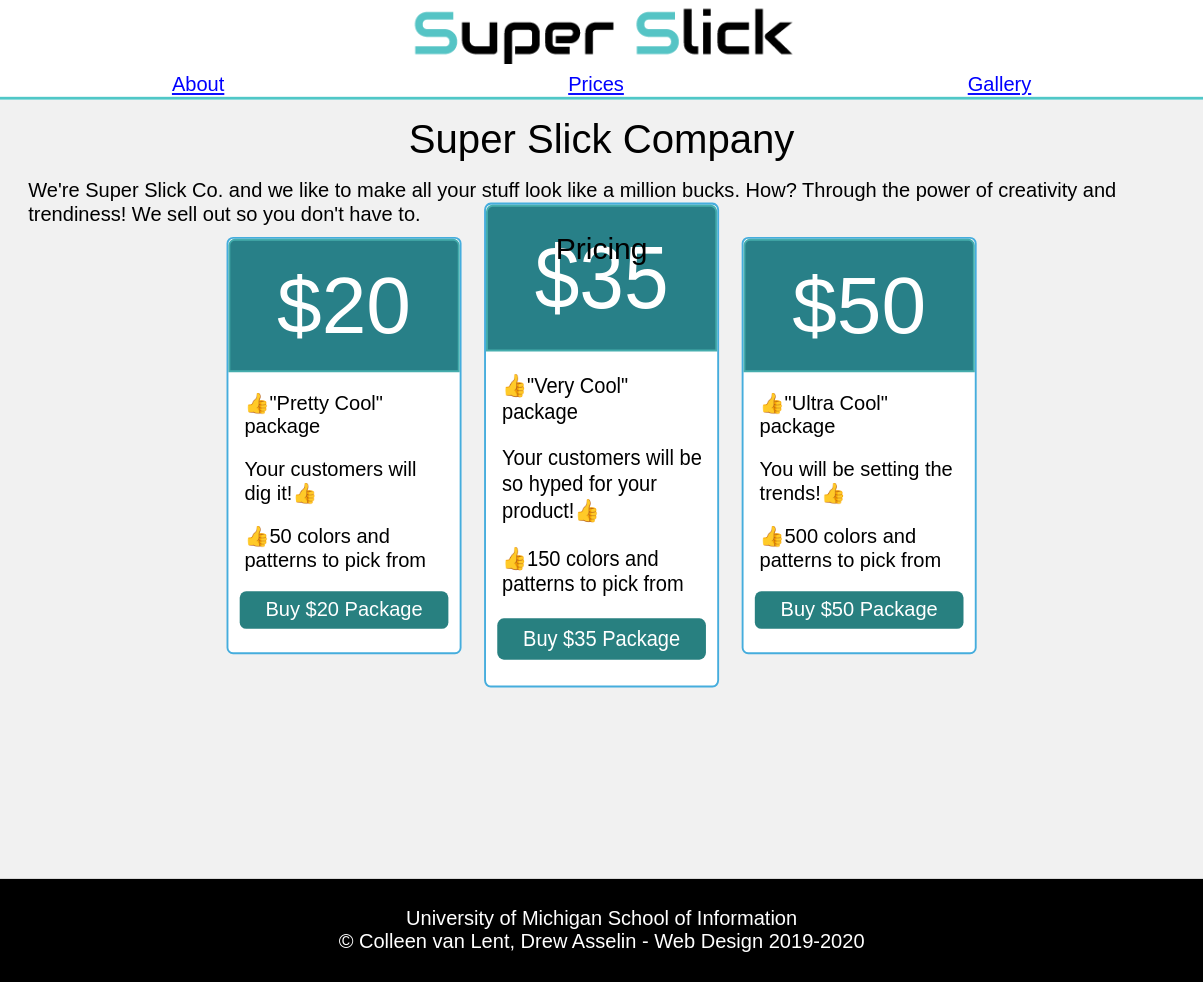
Repository: jiaqili0803/SI_539
Page: hw6-2021-main/homework.html
An editor plug-in stored every save of this project. The page is shown before and after the next save, followed by the edit.
The browser window is 1280 px wide. The pictures show the whole page, at 94% of full size.
Some web fonts or font styles are not loaded; a fallback is used.

Above is the page before, as saved 2021-10-29 14:09:00.

### hw6-2021-main/homework.html
<!DOCTYPE html>
<html lang="en">
  <head>
    <meta charset="utf-8">
    <meta name="viewport" content="width=device-width, initial-scale=1.0">
    <link rel="stylesheet" type="text/css" href="css/html5reset.css">
    <link rel="stylesheet" type="text/css" href="css/starter.css">
    <link rel="stylesheet" type="text/css" href="css/style.css">
    <link href='https://fonts.googleapis.com/css?family=Alegreya Sans SC' rel='stylesheet'>
    <link rel="shortcut icon" href="images/logo_icon.png" type="image/png">

   <title>Super Slick Company</title>
  </head>
  <body>
    <a class = "skip" href='#about'>Skip to Main Content</a>
    <header>
      <img src="images/logo.png" alt="" id = "logo">
      <nav>
        <ul class="nav_links">
          <li class="nav_item"><a href="#about">About</a></li>
          <li class="nav_item"><a href="#pricing">Prices</a></li>
          <li class="nav_item"><a href="#gallery">Gallery</a></li>
        </ul>
      </nav>
    </header>
  <main class="about" id="skip">
    <h1>Super Slick Company</h1>

    <p>We're Super Slick Co. and we like to make all your stuff look like a million bucks. How? Through the power of creativity and trendiness! We sell out so you don't have to.</p>

    <h2 id = "pricing">Pricing</h2>
      <div class="pricing">
        <div class="card">
          <header><h3>$20</h3></header>
          <ul>
            <li>"Pretty Cool" package</li>
            <li>Your customers will dig it!</li>
            <li>50 colors and patterns to pick from</li>
          </ul>
          <button>Buy $20 Package</button>
        </div>
        <div class="card card_big">
          <header><h3>$35</h3></header>
          <ul>
            <li>"Very Cool" package</li>
            <li>Your customers will be so hyped for your product!</li>
            <li>150 colors and patterns to pick from</li>
          </ul>
          <button>Buy $35 Package</button>
        </div>
        <div class="card">
          <header><h3>$50</h3></header>
          <ul>
            <li>"Ultra Cool" package</li>
            <li>You will be setting the trends!</li>
            <li>500 colors and patterns to pick from</li>
          </ul>
          <button>Buy $50 Package</button>
        </div>
      </div>

      <h2 id = "gallery">Gallery</h2>
        <div class="gallery">
          <img id="image1" src="images/sample.jpg" alt="" />
          <img id="image2" src="images/sample.jpg" alt="" />
          <img id="image3" src="images/sample.jpg" alt="" />
          <img id="image4" src="images/sample.jpg" alt="" />
          <img id="image5" src="images/sample.jpg" alt="" />
        </div>
    </main>

    <footer>
      <p>University of Michigan School of Information <br/>
        &copy; Colleen van Lent, Drew Asselin - Web Design 2019-2020</p>
    </footer>
  </body>
</html>

### hw6-2021-main/css/html5reset.css
/*
    HTML5 Reset :: style.css
    ----------------------------------------------------------
    We have learned much from/been inspired by/taken code where offered from:
    Eric Meyer                  :: http://meyerweb.com
    HTML5 Doctor                :: http://html5doctor.com
    and the HTML5 Boilerplate   :: http://html5boilerplate.com
-------------------------------------------------------------------------------*/

/* Let's default this puppy out
-------------------------------------------------------------------------------*/

html, body, body div, span, object, iframe, h1, h2, h3, h4, h5, h6, p, blockquote, pre, abbr, address, cite, code, del, dfn, em, img, ins, kbd, q, samp, small, strong, sub, sup, var, b, i, dl, dt, dd, ol, ul, li, fieldset, form, label, legend, table, caption, tbody, tfoot, thead, tr, th, td, article, aside, figure, footer, header, menu, nav, section, time, mark, audio, video, details, summary {
    margin: 0;
    padding: 0;
    border: 0;
    font-size: 100%;
    font-weight: normal;
    vertical-align: baseline;
    background: transparent;
}

main, article, aside, figure, footer, header, nav, section, details, summary {display: block;}

/* Handle box-sizing while better addressing child elements:
   http://css-tricks.com/inheriting-box-sizing-probably-slightly-better-best-practice/ */
html {
    box-sizing: border-box;
}

*,
*:before,
*:after {
    box-sizing: inherit;
}

/* consider resetting the default cursor: https://gist.github.com/murtaugh/5247154 */

/* Responsive images and other embedded objects */
/* if you don't have full control over `img` tags (if you have to overcome attributes), consider adding height: auto */
img,
object,
embed {max-width: 100%;}

/*
   Note: keeping IMG here will cause problems if you're using foreground images as sprites.
    In fact, it *will* cause problems with Google Maps' controls at small size.
    If this is the case for you, try uncommenting the following:
#map img {
        max-width: none;
}
*/

/* force a vertical scrollbar to prevent a jumpy page */
html {overflow-y: scroll;}

/* we use a lot of ULs that aren't bulleted.
    you'll have to restore the bullets within content,
    which is fine because they're probably customized anyway */
ul {list-style: none;}

blockquote, q {quotes: none;}

blockquote:before,
blockquote:after,
q:before,
q:after {content: ''; content: none;}

a {margin: 0; padding: 0; font-size: 100%; vertical-align: baseline; background: transparent;}

del {text-decoration: line-through;}

abbr[title], dfn[title] {border-bottom: 1px dotted #000; cursor: help;}

/* tables still need cellspacing="0" in the markup */
table {border-collapse: separate; border-spacing: 0;}
th {font-weight: bold; vertical-align: bottom;}
td {font-weight: normal; vertical-align: top;}

hr {display: block; height: 1px; border: 0; border-top: 1px solid #ccc; margin: 1em 0; padding: 0;}

input, select {vertical-align: middle;}

pre {
    white-space: pre; /* CSS2 */
    white-space: pre-wrap; /* CSS 2.1 */
    white-space: pre-line; /* CSS 3 (and 2.1 as well, actually) */
    word-wrap: break-word; /* IE */
}

input[type="radio"] {vertical-align: text-bottom;}
input[type="checkbox"] {vertical-align: bottom;}
.ie7 input[type="checkbox"] {vertical-align: baseline;}
.ie6 input {vertical-align: text-bottom;}

select, input, textarea {font: 99% sans-serif;}

table {font-size: inherit; font: 100%;}

small {font-size: 85%;}

strong {font-weight: bold;}

td, td img {vertical-align: top;}

/* Make sure sup and sub don't mess with your line-heights http://gist.github.com/413930 */
sub, sup {font-size: 75%; line-height: 0; position: relative;}
sup {top: -0.5em;}
sub {bottom: -0.25em;}

/* standardize any monospaced elements */
pre, code, kbd, samp {font-family: monospace, sans-serif;}

/* hand cursor on clickable elements */
.clickable,
label,
input[type=button],
input[type=submit],
input[type=file],
button {cursor: pointer;}

/* Webkit browsers add a 2px margin outside the chrome of form elements */
button, input, select, textarea {margin: 0;}

/* make buttons play nice in IE */
button,
input[type=button] {width: auto; overflow: visible;}

/* scale images in IE7 more attractively */
.ie7 img {-ms-interpolation-mode: bicubic;}

/* prevent BG image flicker upon hover
   (commented out as usage is rare, and the filter syntax messes with some pre-processors)
.ie6 html {filter: expression(document.execCommand("BackgroundImageCache", false, true));}
*/

/* let's clear some floats */
.clearfix:after { content: " "; display: block; clear: both; }

### hw6-2021-main/css/starter.css
body{
    margin: 0;
    padding: 0;
    font-size: 16pt; /* test for this! Make all sizes em or rem */
  }

  header{
    background: #fff;
    border-bottom: 3px solid #50C7C7;
  }

  h1{
    font-size: 2em;
    text-align: center;
    line-height: 2;
  }

  h2{
    font-size: 1.5em;
    text-align: center;
    padding: 5px;
  }

  p {
    padding: 0 30px;
  }

  a.skip{
    background: white;
    left: 0;
    padding: 6px;
    position: absolute;
    top: -40px;
    -webkit-transition: top 1s ease-out;
    transition: top 1s ease-out;
    z-index: 1;
  }

  a.skip:focus{
    top:20px;
    color: black;
    text-decoration-style: solid;
  }

  *:focus{
    border: 2px solid black;
  }


  .nav_item a{
    padding: 10px;
  }

  .nav_item a:hover, a:focus{
    color: #50C7C7;
    text-decoration: underline;
    -webkit-text-decoration-style: dotted;
            text-decoration-style: dotted;
  }

  .pricing{
    min-height: 475px;
  }

  .card {
    margin: 12px;
    background: #fff;
    border-radius: 7px;
    padding: 0 0 25px 0;

  }

  .card > ul{
    list-style: none;
    padding-left: 5px;
  }

  .card > ul li {
    width: 90%;
    margin: 20px auto;

  }

.card button{
    width: 90%;
    height: 40px;
    border: 0;
    margin-left: 5%;
    border-radius: 7px;
    background: #288080;
    color: white;
    font-size: 1em;
  }

  .card h3{
    font-size: 4em;
    color: white;
    text-align: center;
  }

  .card_big{
    -webkit-transform: initial;
            transform: initial;
  }

  .gallery{
    min-height: 600px;
  }

  footer{
    background-color: black;
    color: white;
    padding: 30px;
    text-align: center;
  }

  @media screen and (min-width: 850px){
    .card_big{
        -webkit-transform: scaleY(1.1);
        transform: scaleY(1.1);
        z-index: -99;
  }
}

### hw6-2021-main/css/style.css
body{
    font-family: 'Alegreya Sans SC', Sans-Serif;
    background-image: url("../images/concrete_seamless.png");
    background-color: #f1f1f1;

  }

header{
    display: flex;
    flex-direction: column;
    justify-content: center;
    align-items: center;

}

a:link, a:visited {
    color: blue;
}


.nav_links{
    display: flex;
    flex-direction: column;

}

#pricing{
    display: flex;
    flex-direction: column;
    justify-content: center;
    align-items: center;



}

.pricing{
    display: flex;
    /* flex-direction: column; */
    justify-content: center;
    align-items: center;
    flex-wrap: wrap;




}

.card{
    flex-basis: 450px;
}



.card header{
    background-color: #288088;
    border: 2px solid #45ADAD;
    padding-top: 20px;
    padding-bottom: 20px;
    border-top-left-radius: 7px;
    border-top-right-radius: 7px;

}

.gallery img{
    border: 10px solid #50C7C7;
    margin: 10px;
    width: 300px;


}

.gallery{
    display: flex;
    /* flex-direction: column; */
    justify-content: center;
    align-items: center;
    align-content: center;
    flex-wrap: wrap;

}

#logo{
    animation-name: slidein;
    animation-duration: 5s;
    animation-iteration-count: 1;

}


@keyframes slidein {
from {

    width: 50px;
    opacity: 0;
}

to {

    width: 425px;
    opacity: 1;
}
}


@media screen and (min-width: 850px){
    body > header{
        display: flex;
        flex-direction: row;
        justify-content: space-between;


        /* justify-content: flex-start; */
        /* flex-wrap: wrap; */


        position: sticky;
        width: 100%;
        top:0;


    }


    .nav_links{
        flex-direction: row;

    }

    .card{
        flex-basis: 250px;

    }

}

@media screen and (prefers-reduced-motion: reduce){
    #logo {
      animation: none;
    }
}


@media screen and (min-width: 1001px){
    body{
        background-image: none;

    }

    body > header{
        display: flex;
        flex-direction: column;
        /* align-content: space-between; */
    }

    nav{
        width: 100%;
    }

    .nav_links{
        display: flex;
        flex-direction: row;
        justify-content: space-around;
    }

    .pricing{
        display: flex;
        position: absolute;
        bottom: 0;
        margin:auto;
    }

    .card{
        border: 2px solid #45ADDD;
        flex-basis: 250px;
    }

    .gallery{
        visibility: hidden;
    }

    #gallery{
        visibility: hidden;
    }

    main li:nth-child(2n-1):before {
        content: "👍";
      }

    main li:nth-child(2n):after {
        content: "👍";
    }


    }



/* @media print{
    body{
        background-image: none;

    }

    .nav_links{
        display: flex;
        flex-direction: row;

        justify-content: space-around;


    }

} */

After the next save:
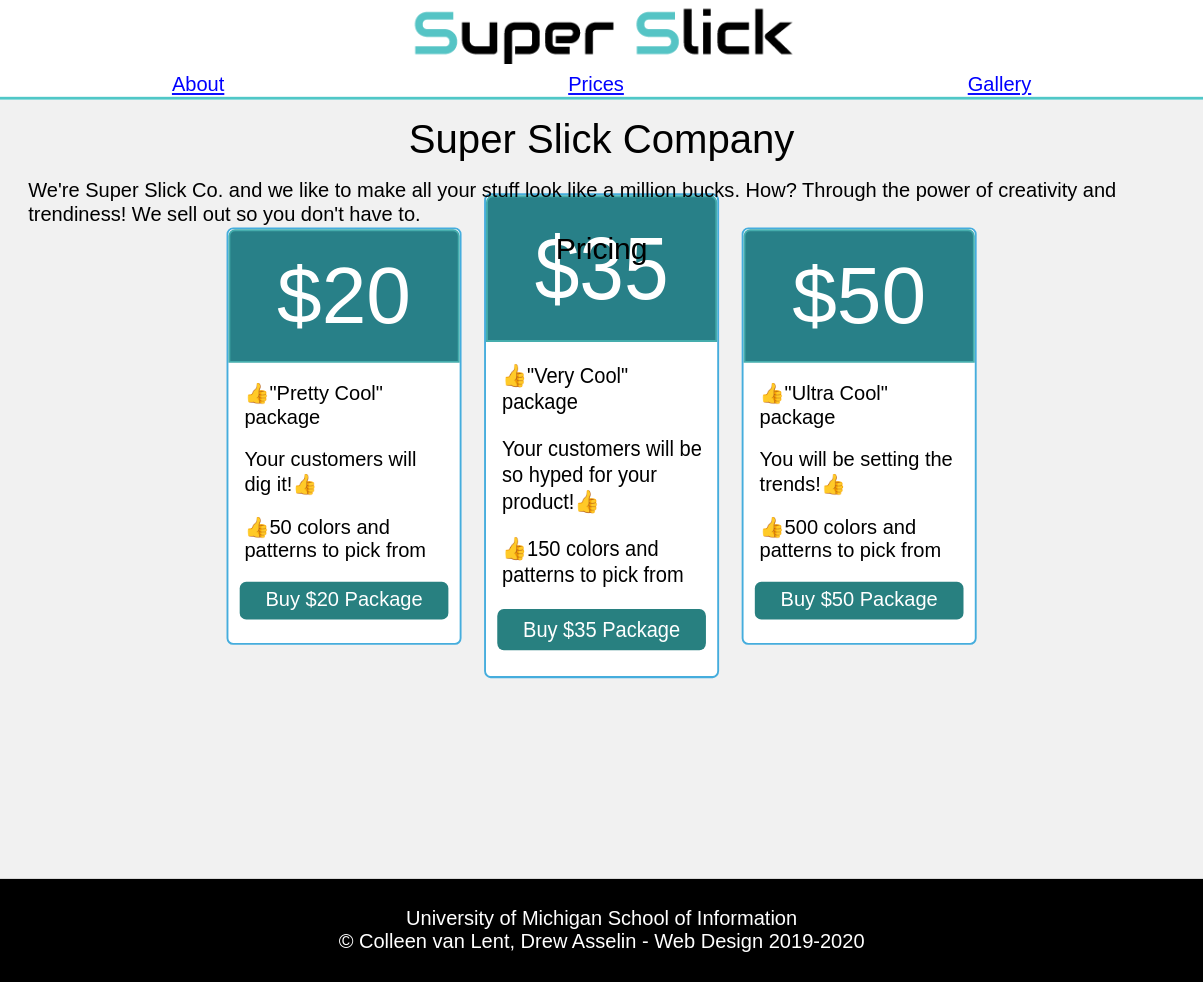
Saved 4 min 5 s later.
--- a/hw6-2021-main/css/style.css
+++ b/hw6-2021-main/css/style.css
@@ -164,10 +164,12 @@ to {
     }
 
     .pricing{
-        display: flex;
+
+
+
+
         position: absolute;
-        bottom: 0;
-        margin:auto;
+        bottom: 10px;
     }
 
     .card{
